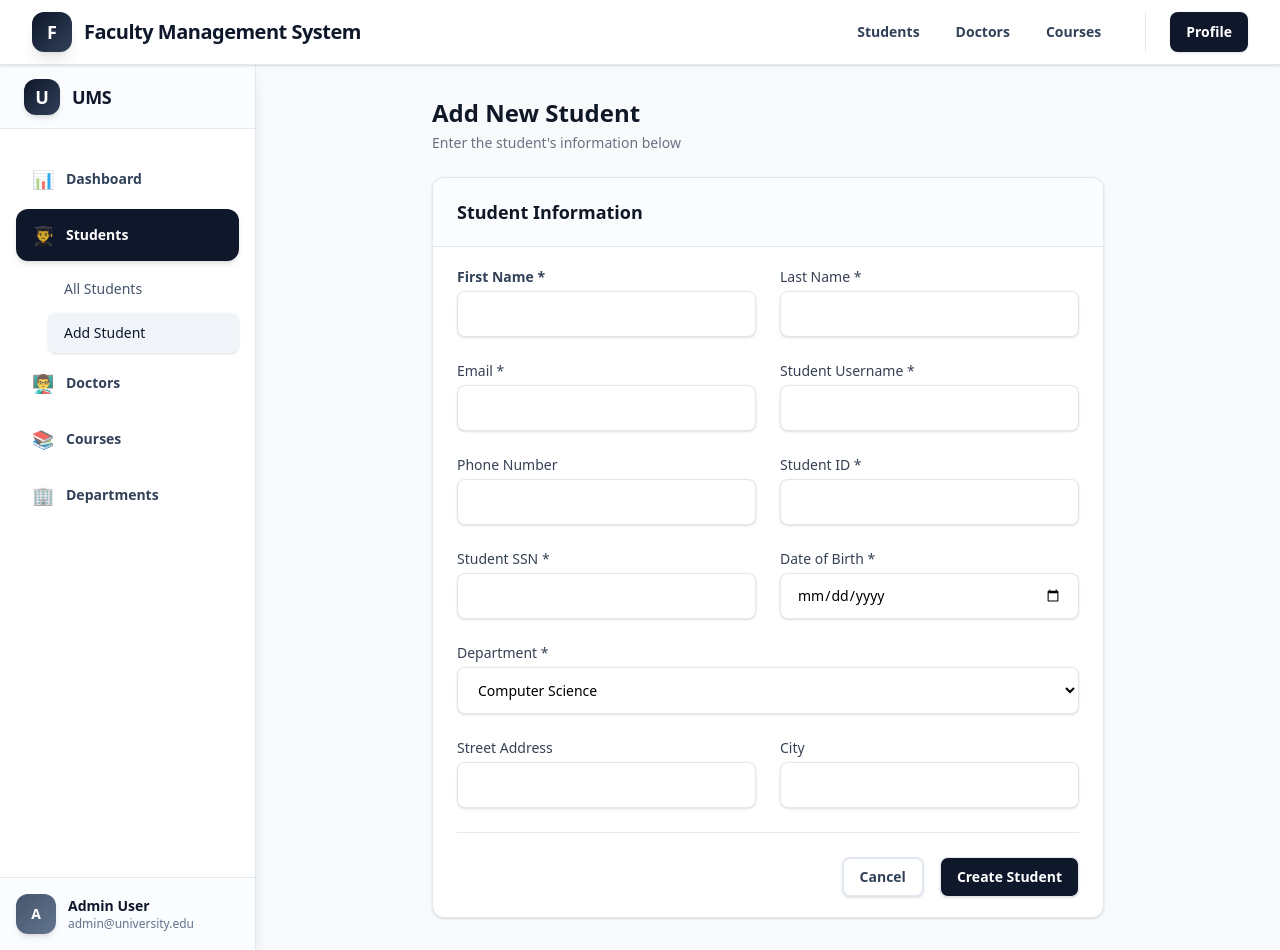
Repository: Mohamedmohsen179/Advanced-DB-Task
Page: /students/new (app in frontend/)
These files come from the project's save history. The page is drawn as it stood at one moment and after the next save; the edit follows.
The browser window is 1280 px wide. The pictures show the whole page.
The page's requests for data from a server got no answer. The project was rebuilt for these pictures with package versions that can differ from the ones it lists, and the page was loaded fresh each time. The framework's server and built-in components were replaced by stand-ins that run in the browser. No one was signed in, and anything a server would have sent is missing. Also part of the build but not shown: frontend/next.config.ts.

Above is the page before, as saved 2025-11-28 20:08:07.

After the next save:
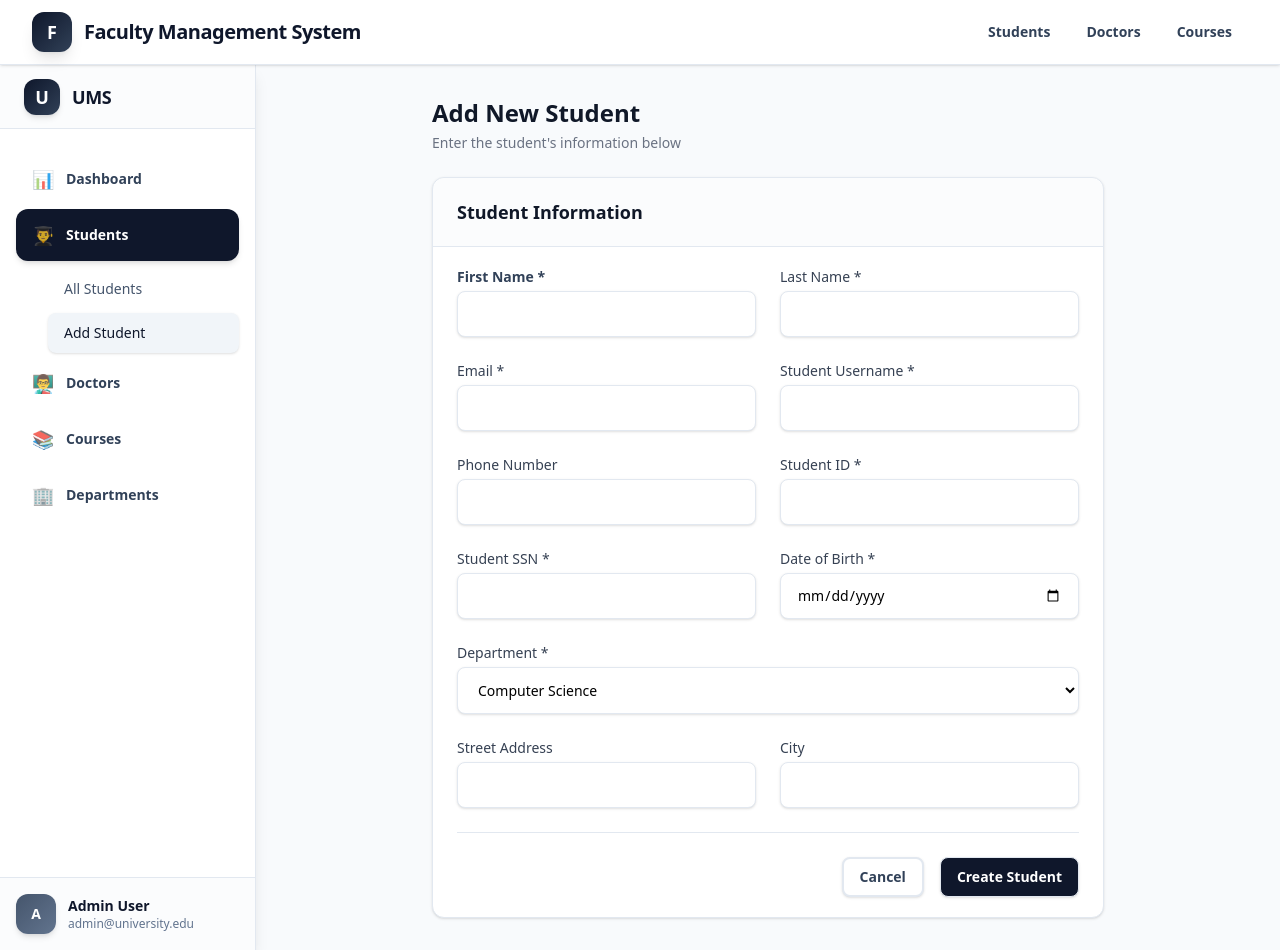
Saved 11 min 31 s later.
--- a/frontend/components/layout/Navbar.tsx
+++ b/frontend/components/layout/Navbar.tsx
@@ -41,11 +41,7 @@ export default function Navbar() {
             >
               Courses
             </Link>
-            <div className="flex items-center space-x-3 ml-6 pl-6 border-l border-slate-200">
-              <button className="bg-slate-900 text-white px-4 py-2.5 rounded-lg text-sm font-semibold hover:bg-slate-800 transition-all duration-200 shadow-sm hover:shadow-md">
-                Profile
-              </button>
-            </div>
+
           </div>
 
           {/* Mobile menu button */}
